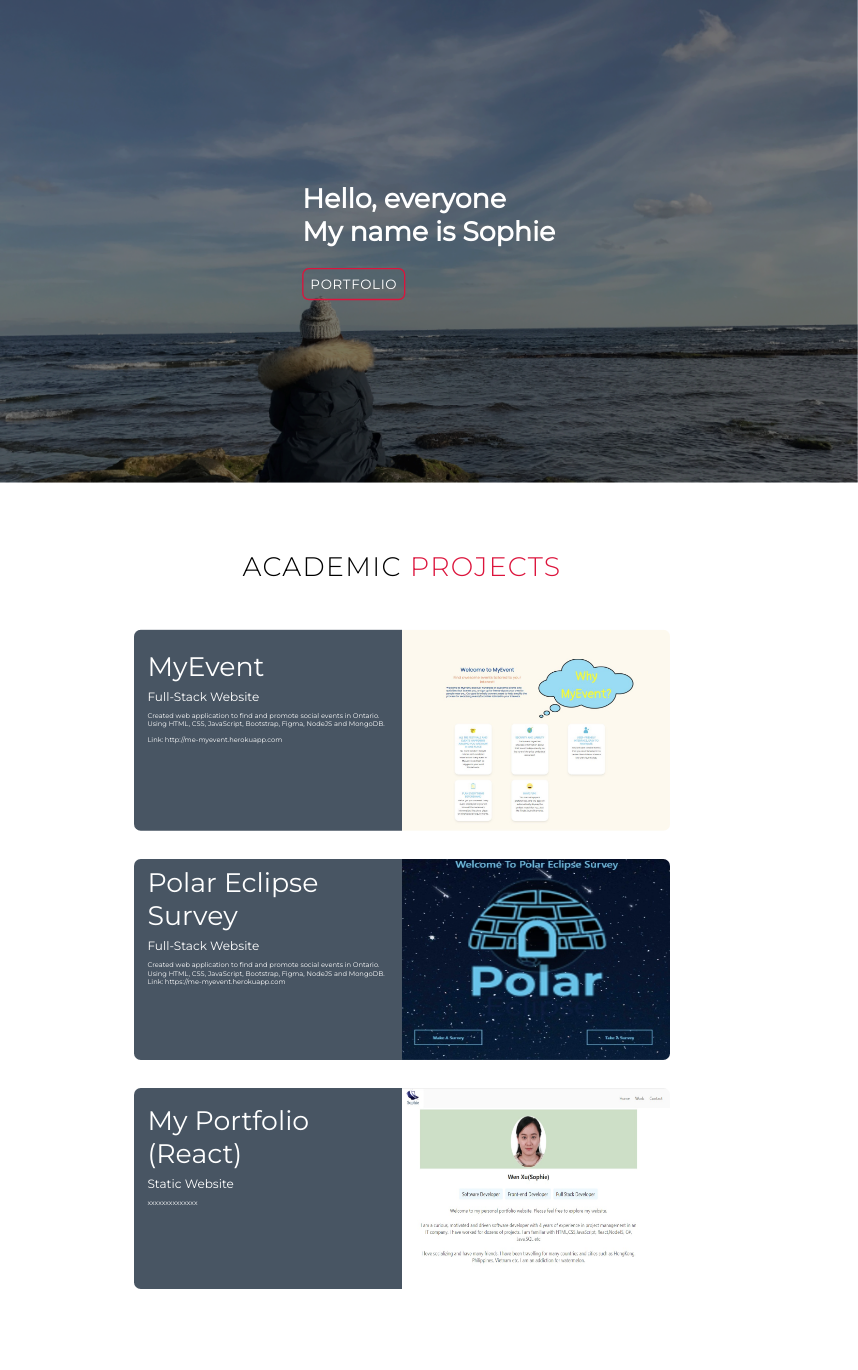
Repository: wenxi0504/StaticWebsite_Profolio
Page: index.html
These files come from the project's save history. The page is drawn as it stood at one moment and after the next save; the edit follows.
The browser window is 1280 px wide. The pictures show the whole page, at 67% of full size.

Above is the page before, as saved 2022-03-03 23:18:27.

After the next save:
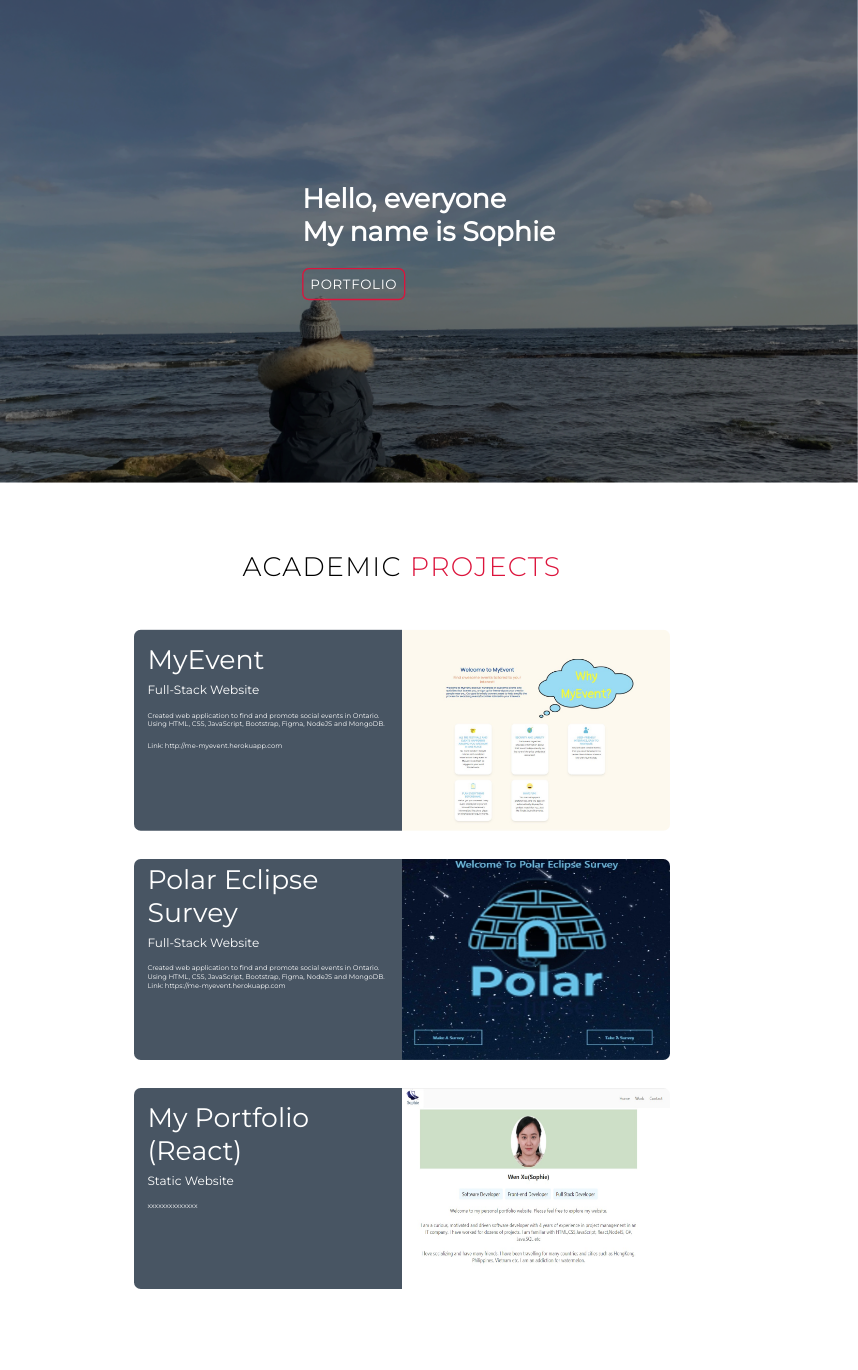
Saved 20 s later.
--- a/style.css
+++ b/style.css
@@ -205,7 +205,7 @@
 }
 #projects .project-info p {
 	color: white;
-  /* padding-top: 10px; */
+  padding-top: 10px;
   margin-top: 10px;
 }
 #projects .project-info .project-link{

After the save that followed:
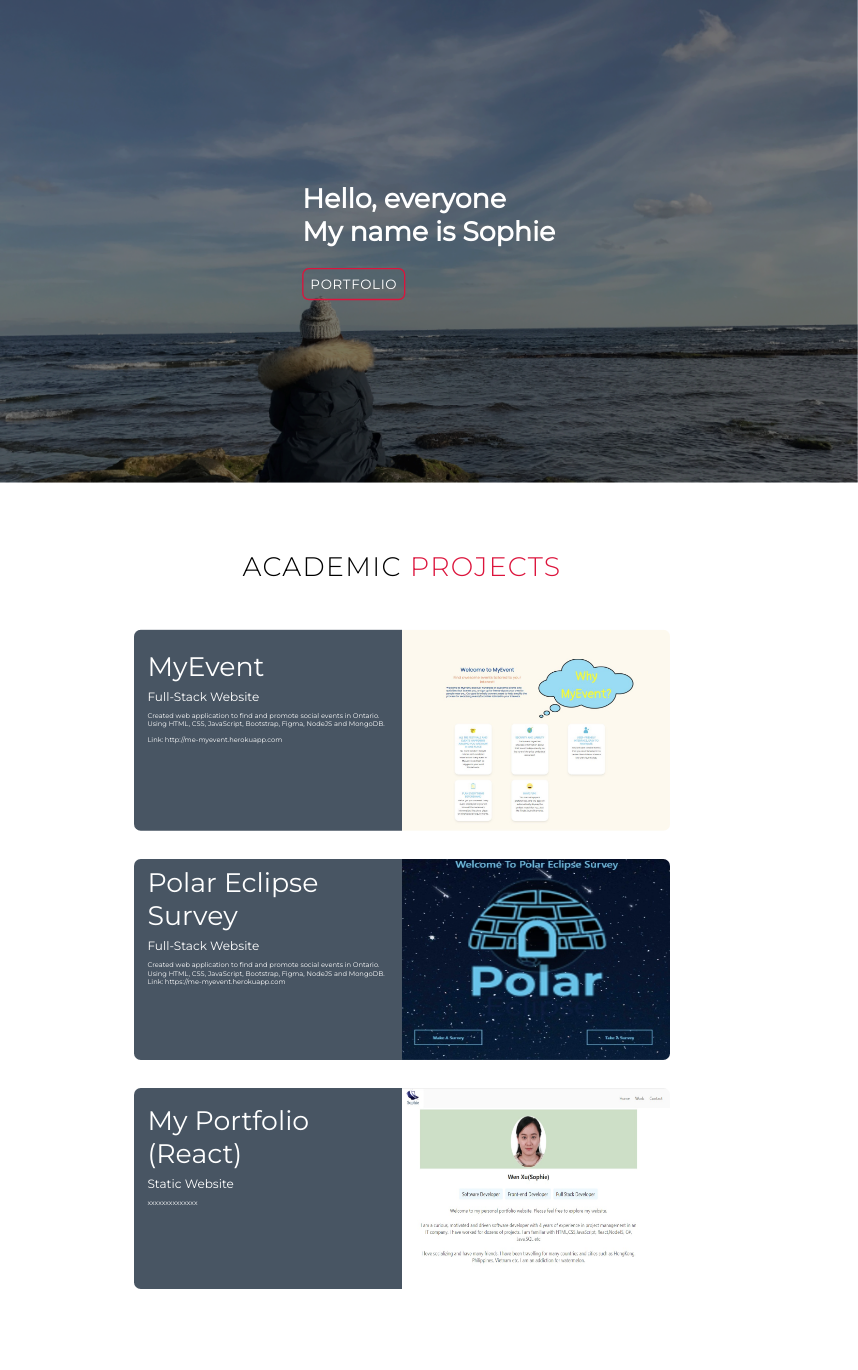
Saved 9 s later.
--- a/style.css
+++ b/style.css
@@ -205,7 +205,7 @@
 }
 #projects .project-info p {
 	color: white;
-  padding-top: 10px;
+  /* padding-top: 10px; */
   margin-top: 10px;
 }
 #projects .project-info .project-link{
